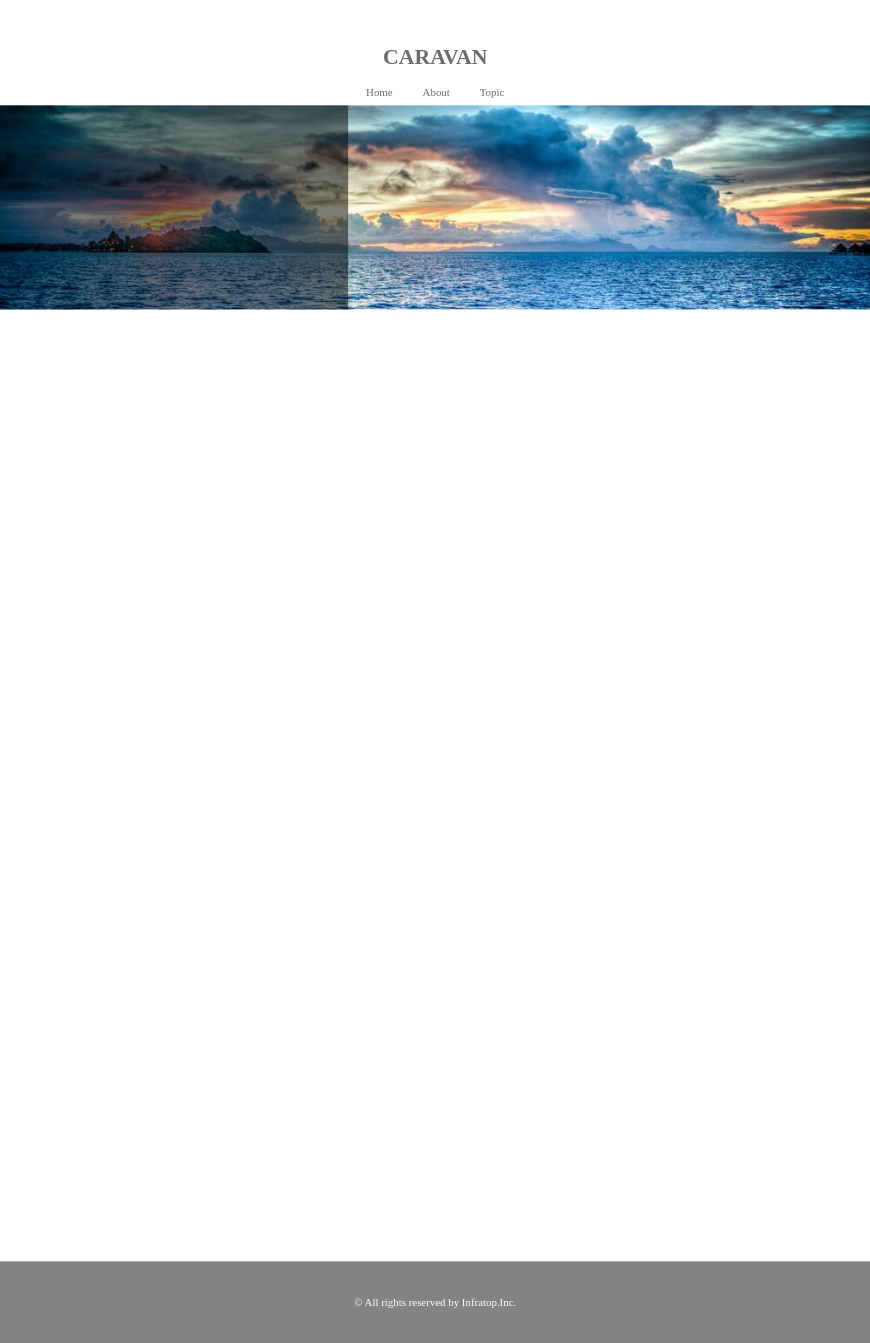
Repository: monami1021/DMM-WEBCAMP
Page: caravan/index.html
The author's editor kept a record of every edit. The page is drawn from the files as they stood at one moment, then again after the next edit.
The browser window is 1280 px wide. The pictures show the whole page, at 68% of full size.

Above is the page before.

After the next edit:
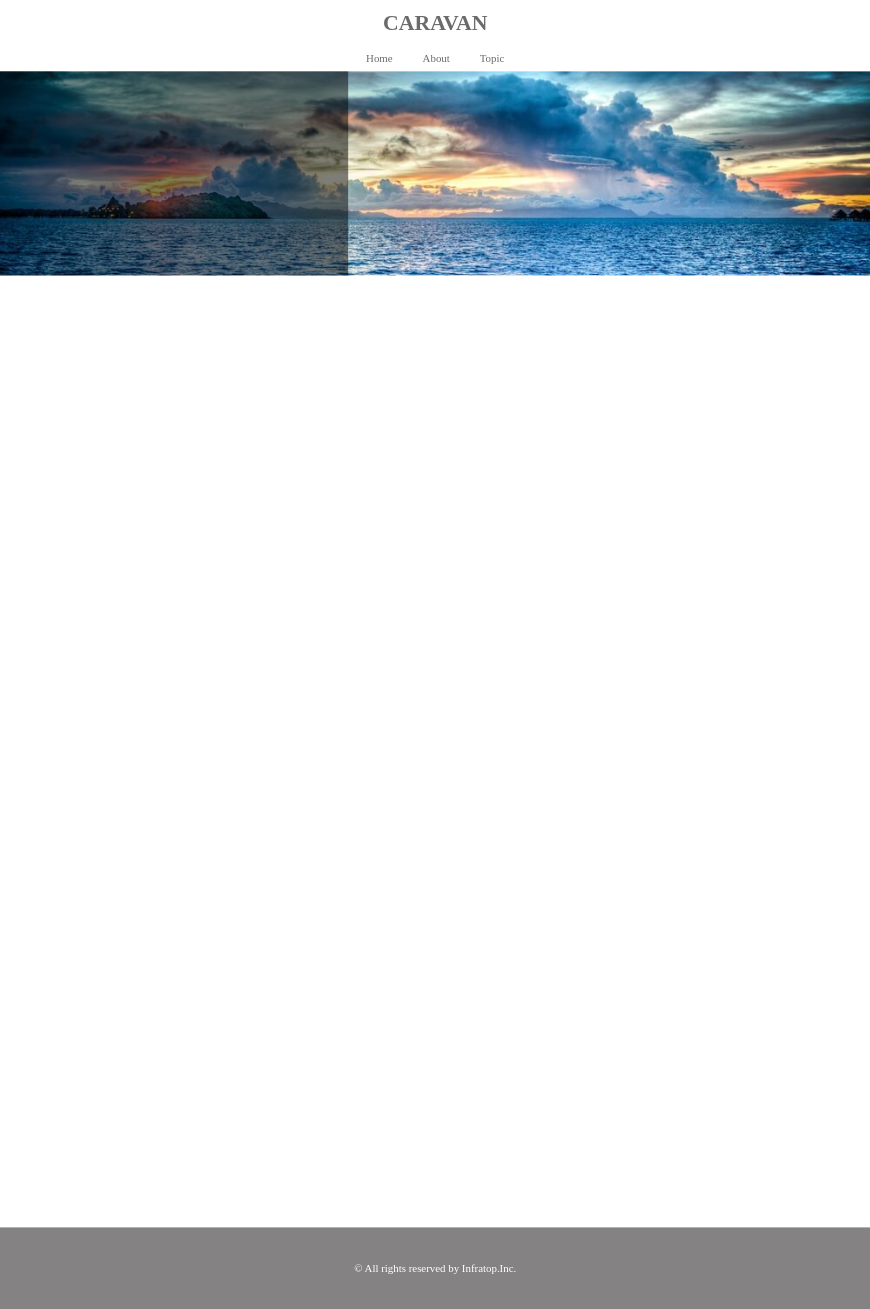
The edit:
--- a/caravan/index.html
+++ b/caravan/index.html
@@ -8,12 +8,6 @@
   </head>
 
   <body>
-    <!-- header用のdiv -->
-    <div class="header">
-        <div class"header-top"></div>
-        <div class="header-bottom"></div>
-    </div>
-
     <!-- header -->
     <header>
       <h1 class="heading">
